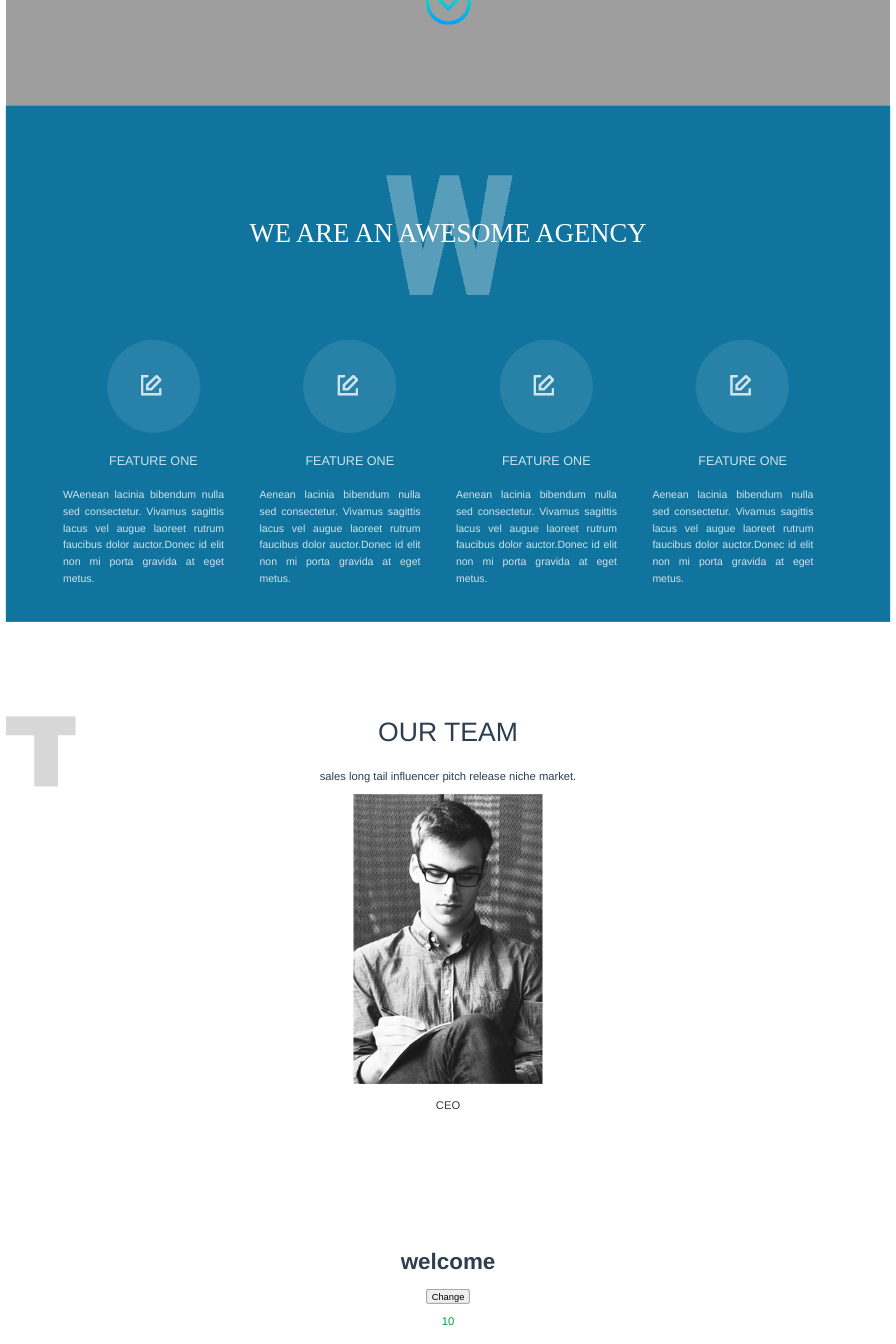
Repository: joker506/Creatives
Page: /
An editor plug-in stored every save of this project. The page is shown before and after the next save, followed by the edit.
The browser window is 1280 px wide. The pictures show the part of the page from y = 689 to 2609 px (the page is 2609 px tall), at 70% of full size.
Pictures or frames that could not be fetched are drawn as grey boxes. The project was rebuilt for these pictures with package versions that can differ from the ones it lists, and the page was loaded fresh each time.

Above is the page before, as saved 2020-04-01 21:16:19.

### src/App.vue
<template>
  <div id="app">
<HeaderApp  />
<AdvantagesApp />
<TeamApp />

    <HelloWorld
    @clicks="clickUp($event)"
       :msg=msg
       :counter=counter />
  </div>
</template>

<script>
import HelloWorld from './components/HelloWorld.vue'
import HeaderApp from './components/HeaderApp.vue'
import AdvantagesApp from './components/AdvantagesApp.vue'
import TeamApp from './components/TeamApp.vue'

export default {
  name: 'App',
  data(){
    return{
    msg:"welcome",
    counter:10
    }
  },
  components: {
    HelloWorld,
    AdvantagesApp,
    HeaderApp,
    TeamApp
  },
  methods:{
    clickUp(event){
      console.log("click")
      this.counter=event
    }
  }
}
</script>

<style>
#app {
  font-family: Avenir, Helvetica, Arial, sans-serif;
  -webkit-font-smoothing: antialiased;
  -moz-osx-font-smoothing: grayscale;
  text-align: center;
  color: #2c3e50;
  overflow: hidden;

}
</style>

### src/components/HelloWorld.vue
<template>
  <div class="hello">
    <h1>{{ msg }} </h1>
   <button @click="clickDown">Change</button>
   <p>{{counter}}</p>

  </div>
</template>

<script>
export default {
  name: 'HelloWorld',

  props: {
    msg: String,
    counter:Number

  },
  methods:{
    clickDown(){
      console.log("Your Click!")
      this.$emit("clicks",this.counter+1)

    }
  }
}
</script>

<style scoped>
h3 {
  margin: 40px 0 0;
}
ul {
  list-style-type: none;
  padding: 0;
}
li {
  display: inline-block;
  margin: 0 10px;
}
a {
  color: #42b983;
}
p{
  color:rgb(3, 156, 62);
}
</style>

### src/components/HeaderApp.vue
<template>

<header class="header">

<div class="header__top">
<a class="logo" href="#" >
    <img src="@/assets/Logo1.png" alt="logo">
</a>
<nav class="main-nav">
    <ul class="main-nav__items">
        <li class="item">
            <a href="#">Home</a> </li>
        <li class="item">
            <a href="#">Pages</a> </li>
        <li class="item">
            <a href="#">Features</a> </li>
        <li class="item">
            <a href="#">Extensions</a> </li>
        <li class="item">
            <a href="#">Tutorials</a> </li>
        <li class="item">
            <a href="#">Contact us</a> </li>
    </ul>
</nav>

<div class="social">
    <ul class="social__items">
        <li class="social__item social__item--fb">
            <a class="social__link" href="#"></a></li>
        <li class="social__item social__item--insta">
            <a class="social__link" href="#"></a></li>
        <li class="social__item social__item--teleg">
            <a class="social__link" href="#"></a></li>
        <li class="social__item social__item--vk">
            <a class="social__link" href="#"></a></li>
    </ul>
</div>

</div>
<div class="header__main">

<h1 class="header__title" >Creatives</h1>
<p class="text"><a href="Power by PSDfreebies.com"> Power by PSDfreebies.com</a></p>

<span class="btn__main">
    <a class="btn__main-link">scroll down</a>
</span>
</div>


</header>

</template>

<script>
export default {
    name:'HeaderApp',

    directives:{
        font:{
            bind(el){
            el.style.fontSize='50px'
            }
        },
        color:{
            bind(el){
                el.style.color='#ffffff'
            }
        }
    }


}
</script>

<style lang="scss">
.header{
    margin: 0;
    padding: 0;
    max-width: 1600px;
    padding-top: 20px;
    font-size: 18px;
    background-image: url("~@/assets/Layer96.jpg");
    background-repeat: no-repeat;
    background-position: 0 0;
    background-size: cover;
}

.header__top{
    padding-right: 15px;
    padding-left: 15px;
    display: flex;
    justify-content: space-between;
    height: 90px;
    border-bottom: 3px solid hsla(0, 0%, 47%, 0.5);
}
.wrapper{
    width: 1200px;
}
.logo {
    list-style: none;
    cursor: pointer;
    color: #000000 ;
    &>img{
    width:79px;
    height:75px;
    }
}

.main-nav{
margin-left: 220px;
margin-right: 40px;
//border: 1px solid greenyellow;
}
.main-nav__items{
padding: 0;
margin: 0;
display: flex;
justify-content: space-between;
width: 700px;
height: 85px;
}
.item{
    width: 100px;
    height: 83px;
    list-style: none;
    font-family: "Myriad Pro";
    font-size: 20px;
    font-weight: 400;
    color: #ffffff;
    &:hover{
        border-bottom: 6px solid #11749e;
    }
    &>a{
        display: block;
        padding-top: 30px;
        height: 50px;
        text-decoration: none;
        color: #868686;
   /*  &:hover{
        color: blue;
    } */

    }
}
.social{
width: 141px;
}
.social__items{
    margin: 0;
    padding: 0;
    display: flex;
    justify-content: space-between;
    list-style: none;
}

.social__item{
    width: 20px;
    height: 20px;
    margin-top: 30px;
    position: relative;
    &--fb{
        background-image: url("~@/assets/facebook.svg");
        &:hover{
        background-image: url("~@/assets/fb-active.svg");
        }
    }
     &--insta{
        background-image: url("~@/assets/instagram.svg");
    }
     &--teleg{
        background-image: url("~@/assets/telegram.svg");
    }
     &--vk{
        background-image: url("~@/assets/vk.svg");
    }
    &::before{
        content: '';
        position: absolute;
        width: 30px;
        height: 30px;
         background-position: 0 0;
        background-repeat: no-repeat;
}
}


.social__link{
    display: block;
    padding-top: 30px;
    height: 50px;
    color: #868686;
    text-decoration: none;
}
/*
.header__main{
    height: 766px;
} */

.header__title{
    margin: 0 auto;
    margin-top: 130px;
    font-family: Gotham;
    font-size: 153px;
    font-weight: 700;
    text-transform: uppercase;
    letter-spacing: -1.92px;
}

.text{
margin: 0 auto;
margin-top: 30px;
color: #11749e;
font-family: Gotham;
font-size: 25px;
font-weight: 500;
line-height: 51.19px;
text-transform: uppercase;
letter-spacing: 7.88px;
}
.text>a{
    text-decoration: none   ;
}
.btn__main{
    display: block;
    margin-top: 115px;
    padding-bottom: 115px;
    position: relative;

}
.btn__main-link{
    color:beige;
    cursor: pointer;
    font-weight: 500;
    line-height: 22px;
    text-transform: capitalize;
        &::after{
        content: '';
        display: block;
        left: 50%;
        margin: auto;
        margin-top: 15px;
        width: 65px;
        height: 65px;
        background-image: url("~@/assets/chevron.svg");
        background-repeat: no-repeat;
        background-position: 0 0;
        background-size: cover;
        }
        &:hover{
color: #11749e;
}
}



</style>

### src/components/AdvantagesApp.vue
<template>
<section class="advantages">
    <div class="wrap">
<h2 class="advantages__title">
    We Are An Awesome Agency
</h2>
    </div>
    <div class="advantages-block">
<div class="block__first">
   <div><img src="~@/assets/Ellipse1.png" alt="ellipse"></div>
    <h3 class="block__title">Feature One</h3>
    <p class="block__text">WAenean lacinia bibendum nulla sed consectetur. Vivamus sagittis lacus vel augue laoreet rutrum faucibus dolor auctor.Donec id elit non mi porta gravida at eget metus.
</p>
</div>
<div class="block__first">
    <div><img src="~@/assets/Ellipse1.png" alt="ellipse"></div>
    <h3 class="block__title">Feature One</h3>
     <p class="block__text">Aenean lacinia bibendum nulla sed consectetur. Vivamus sagittis lacus vel augue laoreet rutrum faucibus dolor auctor.Donec id elit non mi porta gravida at eget metus.
</p>
</div>
<div class="block__first">
    <div><img src="~@/assets/Ellipse1.png" alt="ellipse"></div>
    <h3 class="block__title">Feature One</h3>
     <p class="block__text">Aenean lacinia bibendum nulla sed consectetur. Vivamus sagittis lacus vel augue laoreet rutrum faucibus dolor auctor.Donec id elit non mi porta gravida at eget metus.
</p>
</div>
<div class="block__first">
    <div><img src="~@/assets/Ellipse1.png" alt="ellipse"></div>
    <h3 class="block__title">Feature One</h3>
    <p class="block__text">Aenean lacinia bibendum nulla sed consectetur. Vivamus sagittis lacus vel augue laoreet rutrum faucibus dolor auctor.Donec id elit non mi porta gravida at eget metus.
</p>
</div>
</div>

</section>
</template>

<script>
export default {
    name:'AdvantagesApp',

}
</script>

<style lang="scss">

.advantages{
max-width: 1600px;
height: 738px;
background-color: #11749e;
}
.wrap{
    margin: 0;
}
.advantages-logo{
margin-top: 108px;
    opacity: 0.3 ;
}

.advantages__title{
    margin: 0;
padding-top: 170px;
margin-bottom: 140px;
color: #ffffff;
font-family: Gotham;
font-size: 38px;
font-weight: 500;
line-height: 25px;
text-transform: uppercase;
position: relative;
&::before{
    content: '';
    position: absolute;
    top: 100px;
    left: 43%;
    width: 180px;
    height: 180px;
    opacity: 0.3;
    background-image: url("~@/assets/W.png");
    background-size: contain;
    background-repeat: no-repeat;
    background-position: 0 0;
}
}
.advantages-block{
    width: 1100px;
    margin: 0 auto;
    display: flex;
    justify-content: space-between;
}
.block__first{
    width: 258px;

    color: #ffffff;
    opacity: 0.8;


}
.block__first>div{
    opacity: 1;
    position: relative;
      &::before{
    content: '';
    position: absolute;
    top: 50px;
    left: 111px;
    width: 30px;
    height: 30px;
    background-image: url("~@/assets/Write.svg");
    background-position: 0 0;
    background-repeat: no-repeat;
    background-size: contain;
}
    }


.block__title{
    font-size: 18px;
font-weight: 500;
line-height: 36px;
text-transform: uppercase;

}
.block__text{
    width: 230px;
text-align: justify;    ;
font-size: 15px;
font-weight: 400;
line-height: 24px;
}
</style>

### src/components/TeamApp.vue
<template>
<section class="team">
<div class="wrap">
<h2 class="team__title">Our Team</h2>
<p class="team__text">sales long tail influencer pitch release niche market.</p>
</div>
<div class="team-block">

<div class="staff__first">
    <img src="~@/assets/Layer81.png" alt="">
    <h3 JOHN SNOW></h3>
    <span>CEO</span>
</div>
    </div>

    </section>
</template>

<script>
export default {
    name:'TeamApp',
}
</script>
<style lang="scss">
.team{
    margin: 0;
    padding: 0;
    max-width: 1600px;
height: 738px;
background-color: #ffffff;
}
.team__title{
    margin-top: 135px;
font-size: 38px;
font-weight: 500;
line-height: 45px;
text-transform: uppercase;
position: relative;
&::before{
    content: '';
    position: absolute;
    top: 0px;
    left: 0px;
    width: 100px;
    height: 100px;
    background-image: url('~@/assets/T.png');
}
}

</style>

Loaded but not shown: public/index.html (common file); src/main.js (common file)

After the next save:
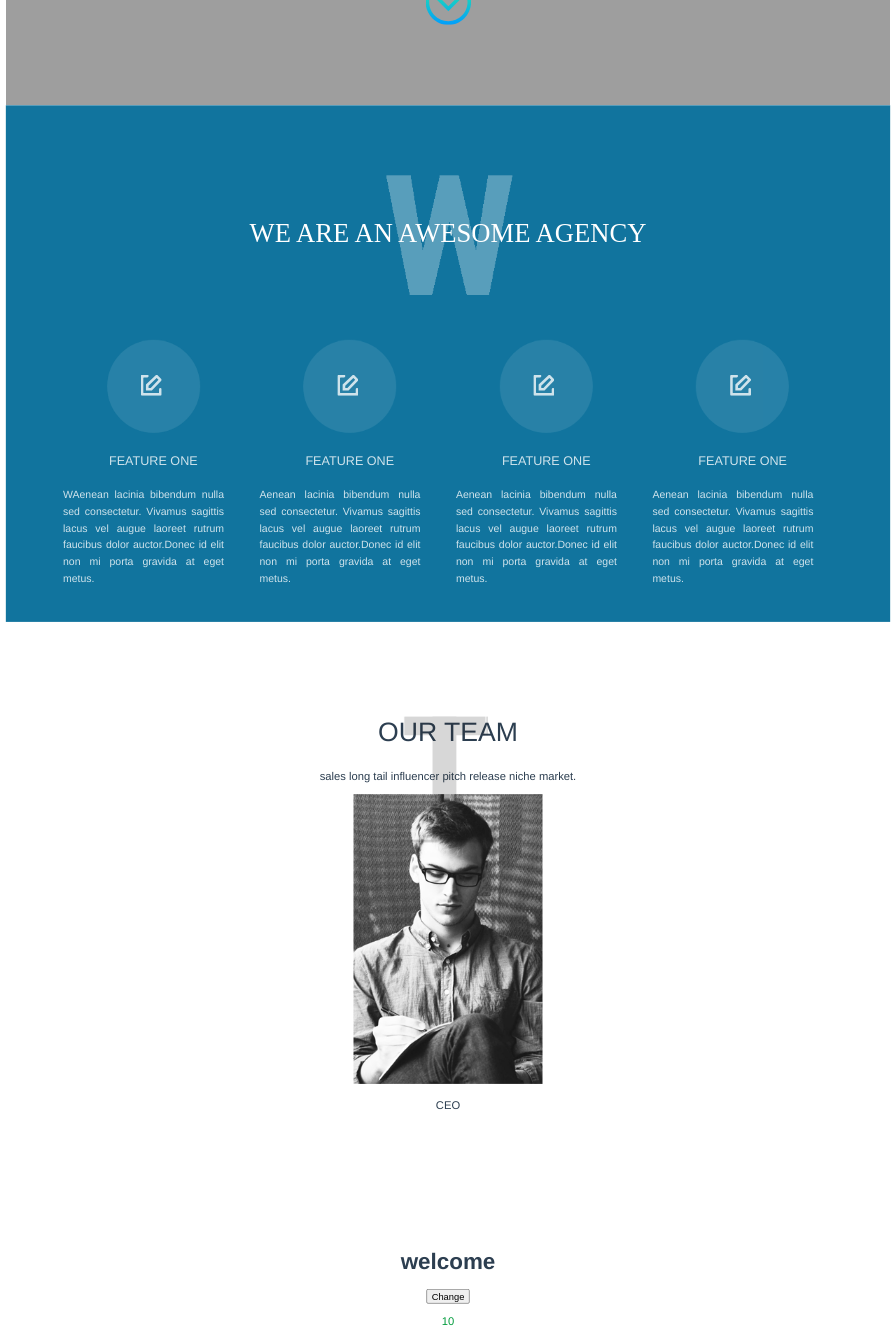
Saved 63 s later.
--- a/src/components/TeamApp.vue
+++ b/src/components/TeamApp.vue
@@ -40,9 +40,9 @@ position: relative;
     content: '';
     position: absolute;
     top: 0px;
-    left: 0px;
-    width: 100px;
-    height: 100px;
+    left: 45%;
+    width: 120px;
+    height: 180px;
     background-image: url('~@/assets/T.png');
 }
 }
